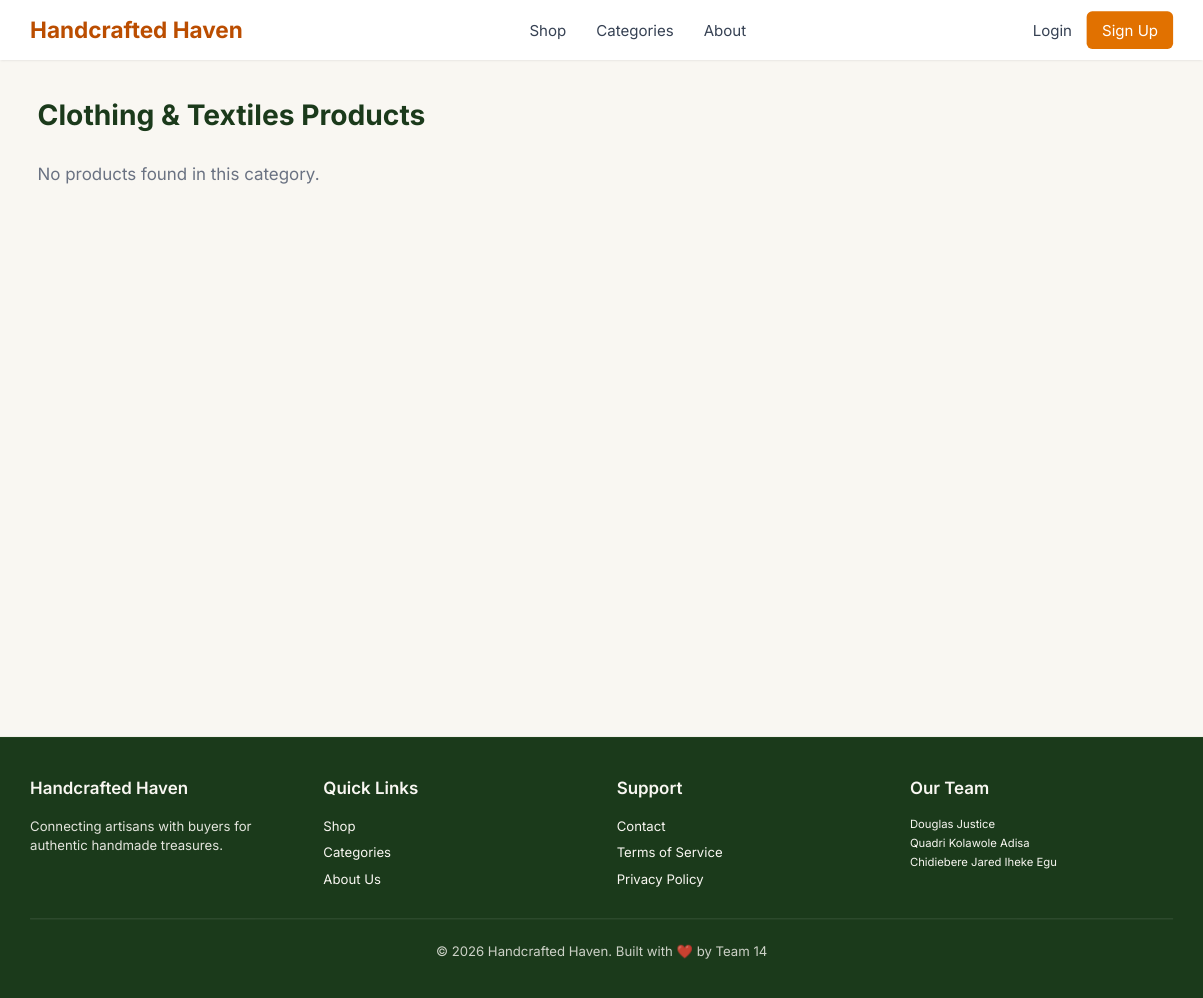
Repository: kobbybhills/handcrafted-haven
Page: /categories/clothing-& textiles
These files come from the project's save history. The page is drawn as it stood at one moment and after the next save; the edit follows.
The browser window is 1280 px wide. The pictures show the whole page, at 94% of full size.
The project was rebuilt for these pictures with package versions that can differ from the ones it lists, and the page was loaded fresh each time. The framework's server and built-in components were replaced by stand-ins that run in the browser. Also part of the build but not shown: next.config.ts, src/app/ui/product-card.tsx.

Above is the page before, as saved 2026-03-26 23:04:11.

### src/app/categories/[category]/page.tsx
// src/app/categories/[category]/page.tsx
import ProductCard from "../../ui/product-card";
import { products } from "../../../lib/data"; // or your data.ts

interface CategoryPageProps {
  params: { category: string };
}

export default function CategoryPage({ params }: CategoryPageProps) {
  // Convert URL param to lowercase
  const category = params.category.replace("-", " ").toLowerCase();

  // Filter products for this category
  const filteredProducts = products.filter(
    (product) => product.category.toLowerCase() === category,
  );

  return (
    <div className="p-10">
      <h1 className="text-3xl font-bold capitalize mb-8">
        {category} Products
      </h1>

      {filteredProducts.length === 0 ? (
        <p className="text-lg text-gray-500">
          No products found in this category.
        </p>
      ) : (
        <div className="grid grid-cols-1 sm:grid-cols-2 md:grid-cols-3 gap-8">
          {filteredProducts.map((product) => (
            <ProductCard
              key={product.id}
              name={product.name}
              price={product.price}
              image={product.image}
            />
          ))}
        </div>
      )}
    </div>
  );
}

### src/app/globals.css

@import "tailwindcss";

:root {
  /* Handcrafted Haven Brand Colors */
  --haven-green: #2D5A27;
  --haven-terracotta: #CC7351;
  --haven-cream: #F9F7F2;
  --haven-dark-green: #1B3A1B;

  /* Default Page Styling */
  --background: var(--haven-cream);
  --foreground: var(--haven-dark-green);
}

/* This maps my variables so I can use 'bg-haven-green' in my HTML */
:root {
  --color-haven-green: var(--haven-green);
  --color-haven-terracotta: var(--haven-terracotta);
  --color-haven-cream: var(--haven-cream);
  --color-haven-dark-green: var(--haven-dark-green);

  /* Keep these for standard Next.js fonts */
  --font-sans: var(--font-geist-sans);
  --font-mono: var(--font-geist-mono);
}

/* Applying the theme to the entire site */
body {
  background: var(--background);
  color: var(--foreground);
  font-family: Arial, Helvetica, sans-serif;
  margin: 0;
}

### src/lib/data.ts
// src/lib/data.ts
export const products = [
  {
    id: 1,
    name: "Golden Necklace",
    price: 25,
    category: "jewelry",
    image: "/products/necklace.jpg",
  },
  {
    id: 2,
    name: "Silver Bracelet",
    price: 15,
    category: "jewelry",
    image: "/products/bracelet.jpg",
  },
  {
    id: 3,
    name: "Handmade Scarf",
    price: 20,
    category: "textiles",
    image: "/products/scarf.jpg",
  },
];

Loaded but not shown: src/app/layout.tsx (common file)

After the next save:
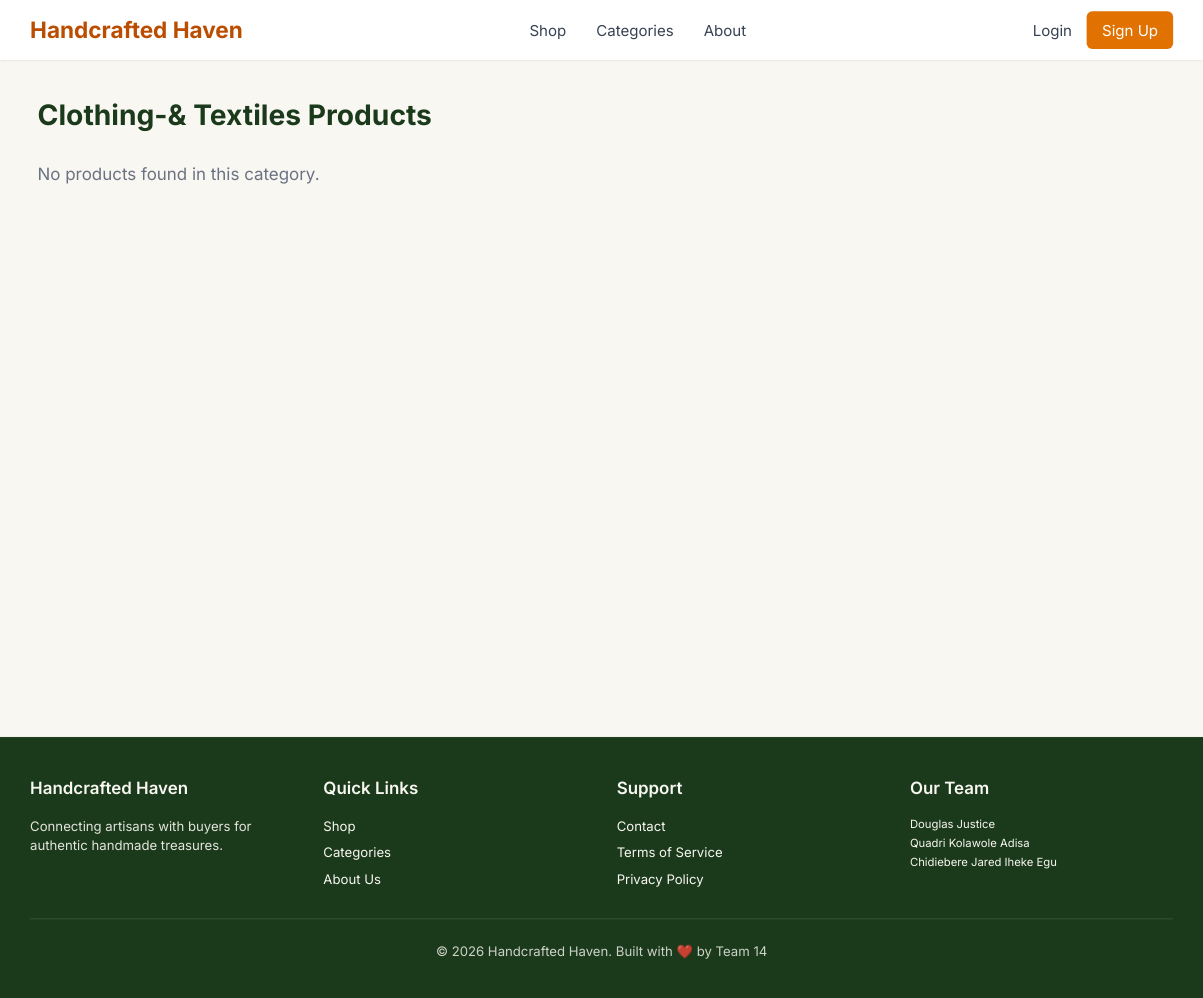
Saved 26 s later.
--- a/src/app/categories/[category]/page.tsx
+++ b/src/app/categories/[category]/page.tsx
@@ -1,28 +1,22 @@
-// src/app/categories/[category]/page.tsx
+import { products } from "../../../lib/data";
 import ProductCard from "../../ui/product-card";
-import { products } from "../../../lib/data"; // or your data.ts
 
 interface CategoryPageProps {
   params: { category: string };
 }
 
 export default function CategoryPage({ params }: CategoryPageProps) {
-  // Convert URL param to lowercase
-  const category = params.category.replace("-", " ").toLowerCase();
-
-  // Filter products for this category
-  const filteredProducts = products.filter(
-    (product) => product.category.toLowerCase() === category,
-  );
+  const categorySlug = params.category; // Next.js passes this directly
+  const filteredProducts = products.filter((p) => p.category === categorySlug);
 
   return (
     <div className="p-10">
-      <h1 className="text-3xl font-bold capitalize mb-8">
-        {category} Products
+      <h1 className="text-3xl font-bold mb-8 capitalize">
+        {categorySlug} Products
       </h1>
 
       {filteredProducts.length === 0 ? (
-        <p className="text-lg text-gray-500">
+        <p className="text-gray-500 text-lg">
           No products found in this category.
         </p>
       ) : (
